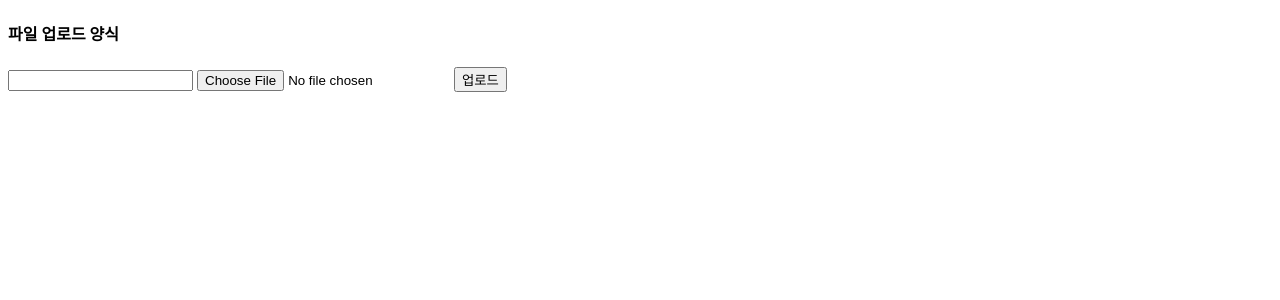
Repository: hoseolkim/restart
Page: http://localhost/WebStudy03_Mybatis/15/fileUploadForm.jsp
The author's editor kept a copy of each file at every save. The page is drawn from the files as they stood at one save, then again after the next save.
The browser window is 1280 px wide. The pictures show the whole page.
The page is served by Tomcat 9. Nobody is signed in. The application's start-up code is not run. Other server files are loaded and not shown.

Above is the page before, as saved 2023-10-06 07:48:04.

### WebStudy03_Mybatis/src/main/webapp/15/fileUploadForm.jsp
<%@ page language="java" contentType="text/html; charset=UTF-8"
    pageEncoding="UTF-8"%>
<%@ taglib uri="http://java.sun.com/jsp/jstl/core" prefix="c" %>
<!DOCTYPE html>
<html lang="ko">
<head>
<meta charset="UTF-8">
<title>fileUploadForm.jsp</title>
</head>
<body>
<h4>파일 업로드 양식</h4>
<form action="${pageContext.request.contextPath }/15/fileUpload.do" method="post" enctype="multipart/form-data">
	<input type="text" name="uploader" />
	<input type="file" name="uploadFile" />
	<input type="submit" value="업로드" />
</form>
<c:if test="${not empty uploader }">
	uploader : ${uploader }
	<c:remove var="uploader" scope="session"/>
</c:if>
<c:if test="${not empty fileUrl }">
	<img src="<c:url value='${fileUrl }'/>" />
	<c:remove var="fileUrl" scope="session"/>
</c:if>
</body>
</html>

After the next save:
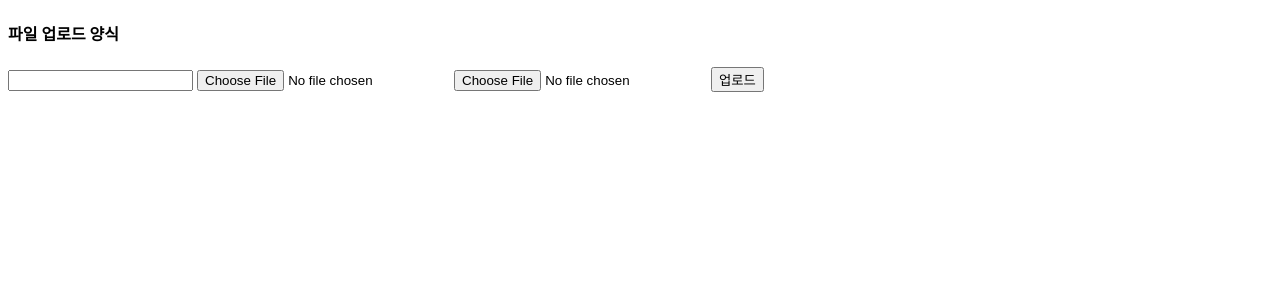
Saved 83 s later.
--- a/WebStudy03_Mybatis/src/main/webapp/15/fileUploadForm.jsp
+++ b/WebStudy03_Mybatis/src/main/webapp/15/fileUploadForm.jsp
@@ -12,6 +12,7 @@
 <form action="${pageContext.request.contextPath }/15/fileUpload.do" method="post" enctype="multipart/form-data">
 	<input type="text" name="uploader" />
 	<input type="file" name="uploadFile" />
+	<input type="file" name="uploadFile" />
 	<input type="submit" value="업로드" />
 </form>
 <c:if test="${not empty uploader }">
